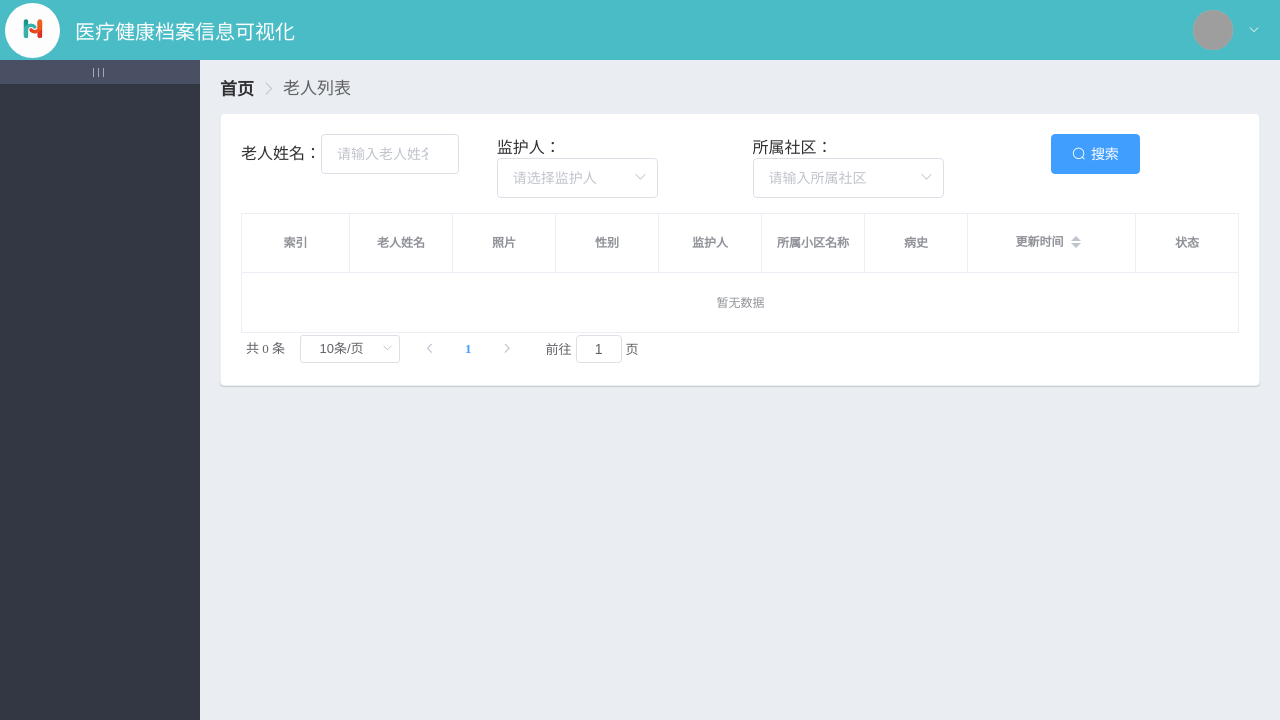
Repository: hyyBubbly/community-web-vue
Page: /#/older (app in community/)
The author's editor kept a copy of each file at every save. The page is drawn from the files as they stood at one save, then again after the next save.
The browser window is 1280 px wide. The pictures show the whole page.
Pictures or frames that could not be fetched are drawn as grey boxes. The page's requests for data from a server got no answer. The project was rebuilt for these pictures with package versions that can differ from the ones it lists, and the page was loaded fresh each time. No one was signed in, and anything a server would have sent is missing. Also part of the build but not shown: community/vue.config.js, community/src/components/Login.vue, community/src/components/Welcome.vue, community/src/components/User/UserList.vue, community/src/components/admin/WorkerList.vue, community/src/components/community/CommunityList.vue, community/src/components/healthfiles/HealthyData.vue, community/src/components/healthfiles/Healthiness.vue and 13 more.

Above is the page before, as saved 2024-01-28 13:42:44.

### community/src/App.vue
<template>
  <div id="app">
    <router-view></router-view>
  </div>
</template>
<script>
  // export default {
  //   name: 'App',
  //   provide(){
  //     return {
  //       reload: this.reload
  //     }
  //   },
  //   data(){
  //     return {
  //       isRouterAlive: true
  //     }
  //   },
  //   methods:{
  //     reload() {
  //       this.isRouterAlive = false;
  //       this.$nextTick(function (){
  //         this.isRouterAlive = true
  //       })
  //     }
  //   }
  // }
</script>
<style>

</style>

### community/src/assets/css/global.css
/* 全局样式 */
HTML,body,#app{
	height: 100%;
	margin: 0;
	padding: 0;
}
/* 卡片区域  !important 提高样式级别*/
.el-card{
	box-shadow: 0 1px 1px rgba(0,8,10,0.15) !important;
}

/*表格样式*/
.el-table{
	margin-top: 15px;
	font-size: 12px;
	min-width: 350px;
}

### community/src/assets/font/iconfont.css
@font-face {
  font-family: "iconfont"; /* Project id 3270408 */
  src: url('iconfont.woff2?t=1652753196788') format('woff2'),
       url('iconfont.woff?t=1652753196788') format('woff'),
       url('iconfont.ttf?t=1652753196788') format('truetype');
}

.iconfont {
  font-family: "iconfont" !important;
  font-size: 16px;
  font-style: normal;
  -webkit-font-smoothing: antialiased;
  -moz-osx-font-smoothing: grayscale;
}

.icon-huoyuedu:before {
  content: "\e607";
}

.icon-xiaoqushu:before {
  content: "\e6df";
}

.icon-fangwenliang:before {
  content: "\e646";
}

.icon-duzheliuyan:before {
  content: "\e604";
}

.icon-hudongshequ:before {
  content: "\e62f";
}

.icon-huoyueshu:before {
  content: "\e702";
}

.icon-community:before {
  content: "\e61c";
}

.icon-shujujiance:before {
  content: "\e683";
}

.icon-huzhu:before {
  content: "\e778";
}

.icon-denglu:before {
  content: "\e603";
}

.icon-mima:before {
  content: "\e65c";
}

.icon-gouwuche:before {
  content: "\e600";
}

.icon-2jiankangzhishi:before {
  content: "\e622";
}

.icon-huodong:before {
  content: "\e630";
}

.icon-canyinguanli:before {
  content: "\e624";
}

.icon-huodong1:before {
  content: "\e870";
}

.icon-jiankangdanganx:before {
  content: "\e60d";
}

.icon-yiliaohuzhu:before {
  content: "\e686";
}

.icon-yonghu:before {
  content: "\e633";
}

.icon-guanliyuan:before {
  content: "\e62a";
}

.icon-guanliyuan1:before {
  content: "\e681";
}

.icon-menu_lrkh:before {
  content: "\e656";
}

.icon-shequ:before {
  content: "\e663";
}

### community/src/components/Home.vue
<template>
	<!-- 引入布局 -->
	<el-container class="home-container" v-loading="loading">
		<!-- 头部 -->
	  <el-header>
		  <div class="clickPop">
			  <img src="../assets/sportlogo.jpg" alt/>
			  <span class="span-font">医疗健康档案信息可视化</span>
		  </div>
        <el-dropdown class="clickPop">
          <el-avatar src="https://cube.elemecdn.com/0/88/03b0d39583f48206768a7534e55bcpng.png" style="margin-right: 10px"></el-avatar>
          <span class="el-dropdown-link">
    {{getUsername()}}<i class="el-icon-arrow-down el-icon--right"></i>
        </span>
          <el-dropdown-menu slot="dropdown">
            <el-dropdown-item><span @click="Main">首页</span></el-dropdown-item>
<!--            <el-dropdown-item><el-badge :value="12"><span @click="">购物车</span></el-badge></el-dropdown-item>-->
            <el-dropdown-item><span @click="$router.push({path:'/personal'})">个人中心</span></el-dropdown-item>
            <el-dropdown-item><span type="info" @click="quit">安全退出</span></el-dropdown-item>
          </el-dropdown-menu>
        </el-dropdown>

	  </el-header>
	  <!-- 主体 -->
	  <el-container>
		  <!-- 侧边栏 -->
	    <el-aside :width="width">
			  <el-menu background-color="#545c64" text-color="#fff" active-text-color="#00a3f4"
        unique-opened :collapse="isCollapse" :collapse-transition="false" :router="true"
        :default-active="activePath">
          <div class="toggle-button" @click="toggleCollapase">|||</div>
				  <!-- 一级菜单 -->
			      <el-submenu :index="item.id + ''" v-for="item in menuList" :key="item.id">
			        <template slot="title">
			          <i :class="iconsObject[item.id]"></i>
			          <span style="margin-left: 7px">{{item.title}}</span>
			        </template>
					<!-- 二级菜单 -->
					<el-menu-item :index="it.path + ''" v-for="it in item.sList" :key="it.id" @click="saveNavState()">
						<template slot="title">
						  <i :class="iconsObject[it.id]"></i>
						  <span style="margin-left: 7px">{{it.title}}</span>
						</template>
					</el-menu-item>
			      </el-submenu>
			    </el-menu>
		</el-aside>
		<!-- 主体内容 -->
      <el-main>
			  <router-view></router-view>
		  </el-main>
      <el-dialog title="用户评价" :visible.sync="isDialog" width="40%">
        <el-col :span="7" style="margin-top: 15px"><el-rate v-model="assessForm.assess" show-text></el-rate></el-col>
        <!-- 内容底部区域    -->
        <span slot="footer" class="dialog-footer">
            <el-button @click="isDialog = false">取 消</el-button>
            <el-button type="primary" @click="logout">确 认</el-button>
        </span>
      </el-dialog>
	  </el-container>
	</el-container>
</template>
<script>
export default{
	  data(){
		  return{
			  //菜单列表
        loading:true,
        width:"200px",
			  menuList:[],
        isCollapse:false,
        sList:[],
        assessForm:{
			  assess:""
        },
        isPopup:false,
        isDialog:false,
        percentage:0,
        customColors:"",
        token:"",
        editPassword:{
          id:"",
          username:"",
          oldPassword:"",
          newPassword:"",
          passwordConfirm:""
        },
        iconsObject:{
			    '100':'iconfont icon-yonghu',
			    '200':'iconfont icon-shequ',
				  '300':'iconfont icon-jiankangdanganx',
				  '400':'iconfont icon-huzhu',
				  '500':'iconfont icon-2jiankangzhishi',
				  '600':'iconfont icon-huodong1',
			    '101':'iconfont icon-guanliyuan1',
			    '102':'iconfont icon-yonghu',
				  '103':'iconfont icon-menu_lrkh',
			    '201':'iconfont icon-shequ',
			    '301':'iconfont icon-jiankangdanganx',
			    '302':'iconfont icon-shujujiance',
				  '401':'iconfont icon-yiliaohuzhu',
				  '402':'iconfont icon-gouwuche',
			    '403':'iconfont icon-canyinguanli',
			    '501':'iconfont icon-2jiankangzhishi',
			    '601':'iconfont icon-huodong1',
        },
        activePath:"/welcome",// 默认路径
		  }
	  },
  // onload事件
	  created() {
      //查询menuList
      this.getUsername();
      this.getMenuList();
      this.activePath = window.sessionStorage.getItem('activePath');//取出session里的path动态修改
      this.loading = false;
    },
	  methods:{
      quit(){
        if(window.sessionStorage.getItem("isAssess") === "1"){
          return this.logout()
        }
        this.isDialog = true
      },
      Main(){
        this.$router.push("/welcome");
      },
      getUsername(){
        this.editPassword.id = window.sessionStorage.getItem("id");
        this.editPassword.username = window.sessionStorage.getItem("workName");
        return this.editPassword.username;
      },
		  //安全退出
	  async logout(){
      if(this.assessForm.assess !== '' && this.assessForm.assess !== null && this.assessForm.assess !== 0)
      {
        this.assessForm.workId = window.sessionStorage.getItem("id")
        this.assessForm.createName = window.sessionStorage.getItem("workName")
        this.assessForm.roleId = window.sessionStorage.getItem("roleId")
        const{data:res} = await this.$http.post("/assess/addAssess",this.assessForm)
        if(res !== "success"){
          return this.$message.error("评价失败！！！")
        }
        this.$message.success("评价成功！！！")
      }
      const confirmResult = await this.$confirm('是否确定退出？','提示',{
        confirmButtonText:"确定",
        cancelButtonText:"取消",
        type:'warning'
      }).catch(err => err)
      if(confirmResult!=='confirm'){//取消
        return this.$message.info("已取消退出");
      }
      window.sessionStorage.clear();//清除session
      window.localStorage.clear();
      await this.$router.push("/login");//回到首页
		  },
		  //获取导航菜单
		 async getMenuList(){
       let token
       if(window.sessionStorage.getItem("roleId") === '' || window.sessionStorage.getItem("roleId") === null)
       {
         token = this.$route.query.roleId
       }else{
         token = window.sessionStorage.getItem("roleId")
       }
			 const {data:res} = await this.$http.get("menus?roleId=" + token);
			 console.log(res);
			 if(res.flag !== 200)
				 return this.$message.error("获取列表失败!!!");//访问失败的错误信息
			 this.menuList = res.menus;//返回数据
		},

      //控制伸缩
     toggleCollapase(){
        this.isCollapse = !this.isCollapse;
        if(this.isCollapse === true){
          this.width = "64px";
        }else{
          this.width = "200px";
        }
     },
      //保存路径
      saveNavState(activePath){
		    window.sessionStorage.setItem('activePath',activePath);//存放在session里
		    this.activePath = activePath;
      }
	}
  }
</script>

<style lang="less" scoped>
	// 全局样式
	.home-container{
		height: 100%;
	}
	//头部样式
	.el-header{
		// background-color: #373d41;
    background-color: #4abcc6;
		display: flex;
		align-items: center;
		justify-content: space-between; //左右贴边
		padding-left: 0%;//左边界
		color:#fff;
		font-size:20px;
	}
  .clickPop{
    display: flex;
    align-items: center;
    cursor: pointer;//显示小手
    img {
      border-radius: 50%;
      margin: 5px;
    }
  }
  .span-font{
    margin-left: 10px;
    font-family: 隶书;
  }
	//侧边栏样式
	.el-aside{
		background-color: #333744;
    .el-menu{
      border-right: none;
    }
	}
	//主体样式
	.el-main{
		background-color: #eaedf1;
	}
	img{
		width: 55px;
		height: 55px;
	}
  // |||按钮样式
  .toggle-button{
    background-color: #4A5064;
    font-size: 10px;
    line-height: 24px;
    color: #fff;
    text-align: center;
    letter-spacing: 0.2rem;
    cursor: pointer;//显示小手
  }
  .el-dropdown-link {
    cursor: pointer;
    color: #fffdef;
  }
  .el-icon-arrow-down {
    font-size: 12px;
  }

</style>

Loaded but not shown: community/public/index.html (common file); community/src/plugins/element.js (common file); community/src/router/index.js (149 lines, source omitted); community/src/main.js (29 lines, source omitted); community/src/components/User/OlderInfoList.vue (432 lines, source omitted)

After the next save:
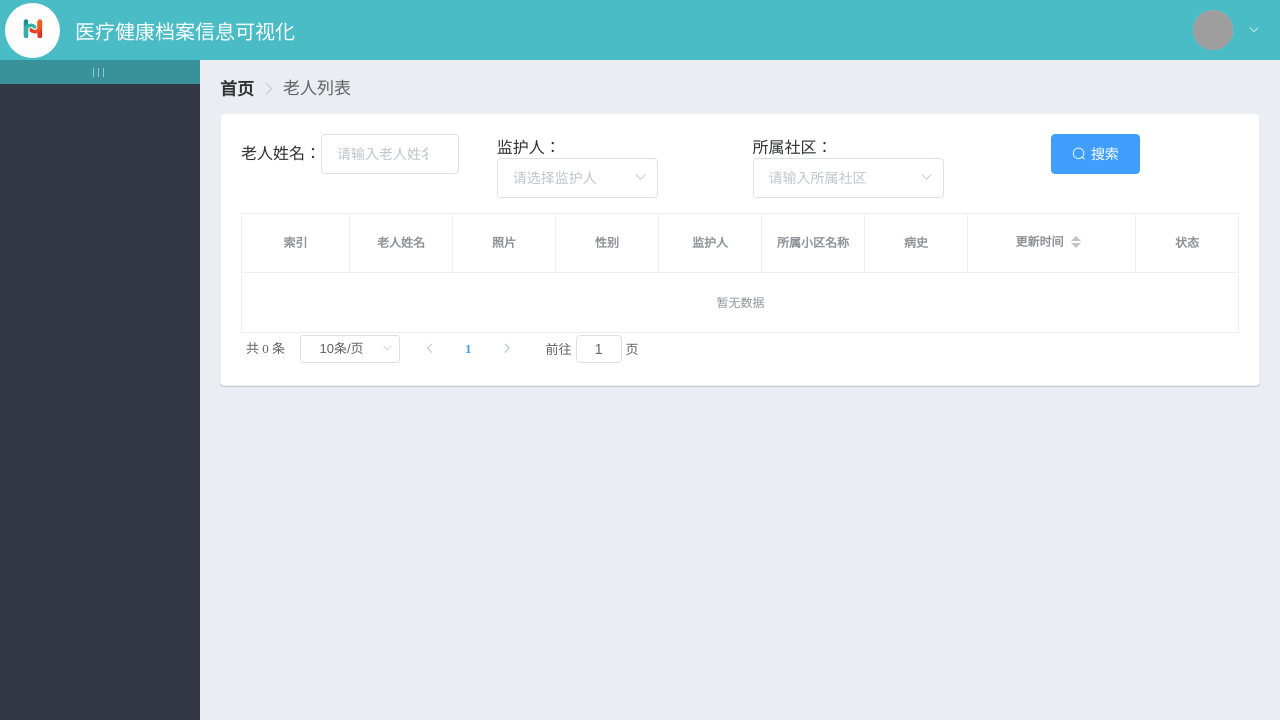
Saved 2 min 1 s later.
--- a/community/src/components/Home.vue
+++ b/community/src/components/Home.vue
@@ -235,7 +235,7 @@ export default{
 	}
   // |||按钮样式
   .toggle-button{
-    background-color: #4A5064;
+    background-color: #399199;
     font-size: 10px;
     line-height: 24px;
     color: #fff;
